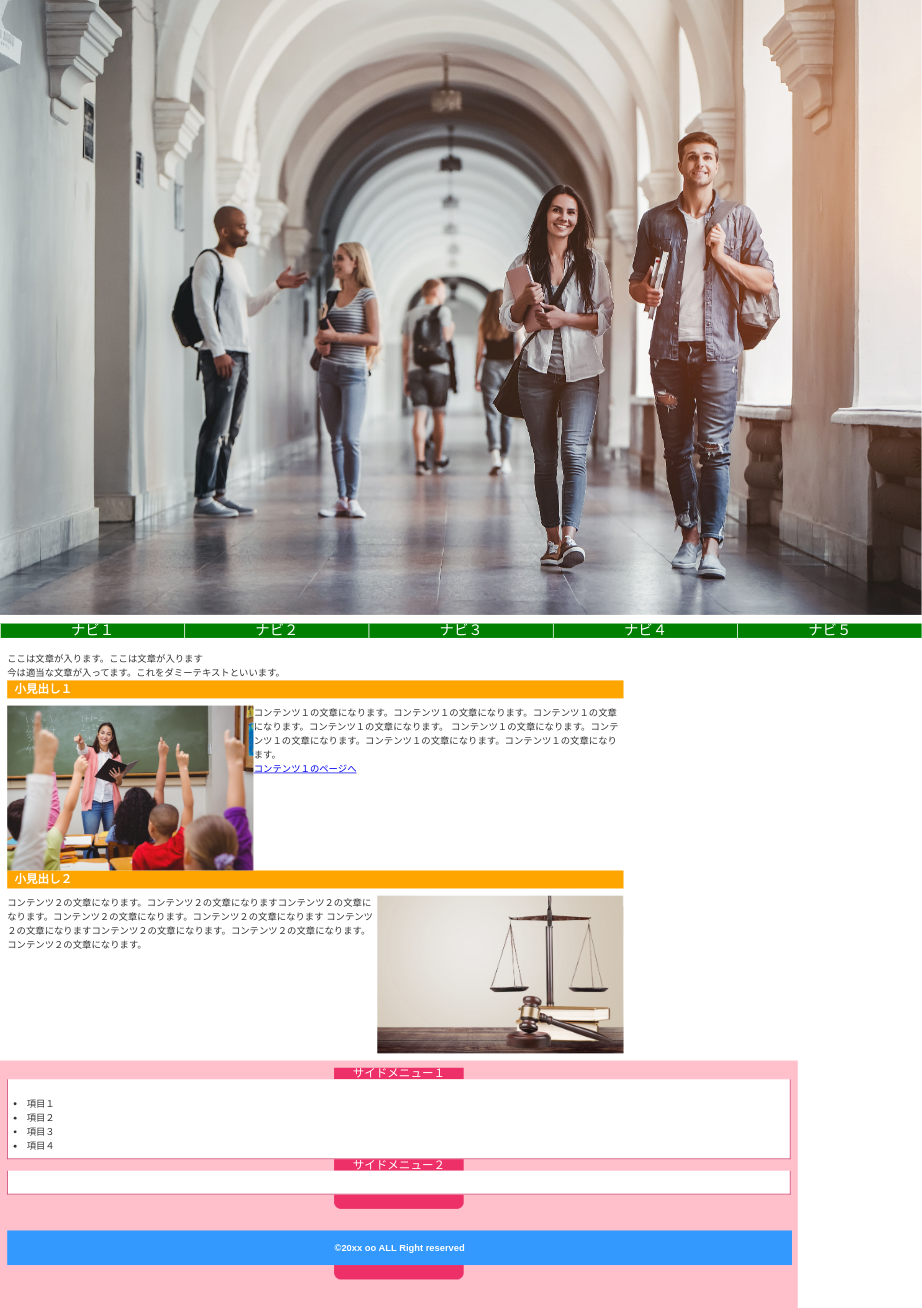
Repository: imhe07/samurai.html-css
Page: website.html
The author's editor kept a record of every edit. The page is drawn from the files as they stood at one moment, then again after the next edit.
The browser window is 1280 px wide. The pictures show the whole page, at 72% of full size.

Above is the page before.

After the next edit:
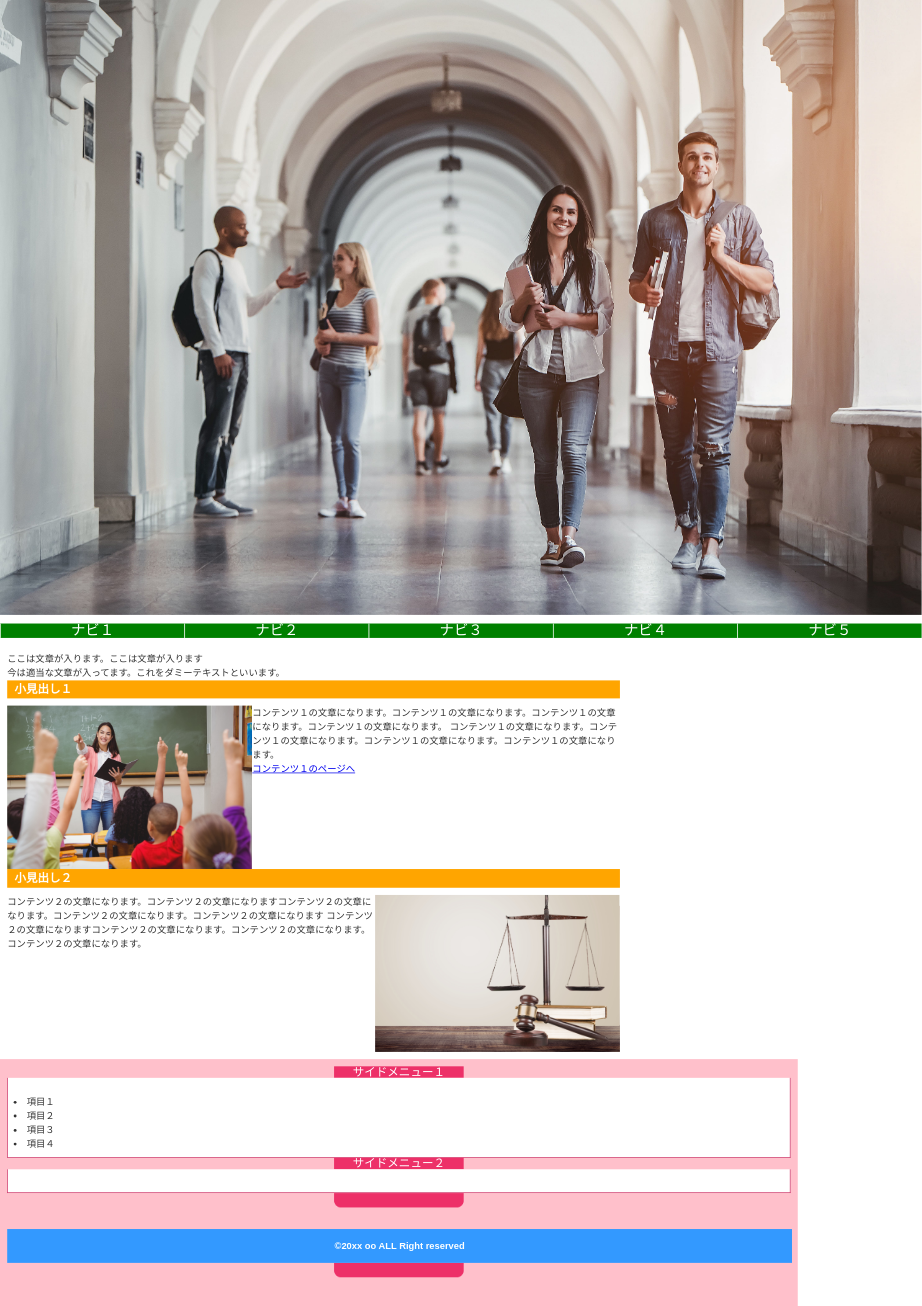
The edit:
--- a/stylesheet.css
+++ b/stylesheet.css
@@ -81,7 +81,7 @@
   grid-template-columns: 70vw 30vw;
 }
 #main{
-  width:95;
+  width:95%;
   padding:10px 30px 10px 10px;
 }
 
